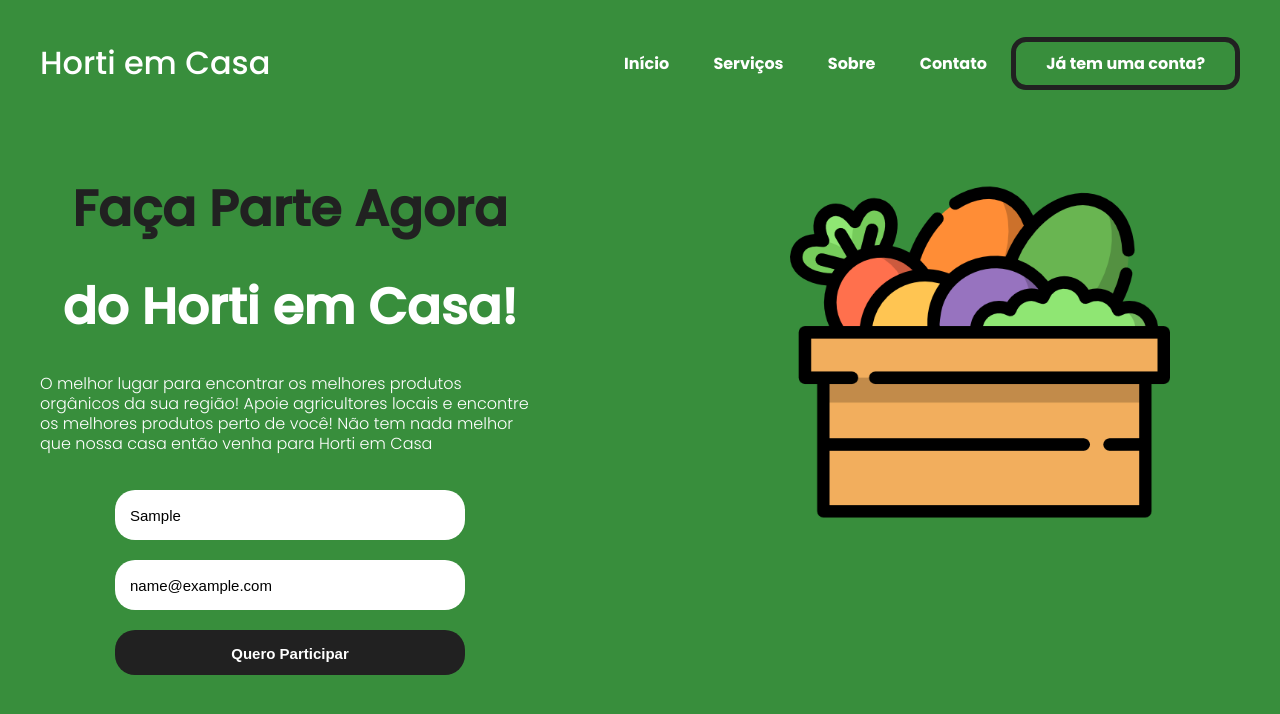
Repository: gabrielcastroo/horti-em-casa
Page: index.html
The author's editor kept a copy of each file at every save. The page is drawn from the files as they stood at one save, then again after the next save.
The browser window is 1280 px wide. The pictures show the whole page.
Empty fields were first filled with sample values (such as "Sample", 5 or name@example.com).
After loading, the first visible `#submit` was clicked once.

Above is the page before, as saved 2022-04-26 14:55:53.

### index.html
<!DOCTYPE html>
<html lang="pt-br">
<head>
    <meta charset="UTF-8">
    <meta http-equiv="X-UA-Compatible" content="IE=edge">
    <link href="styles/style.css" rel="stylesheet">
    <link href="styles/fonts.css" rel="stylesheet">
    <link href="/styles/media.css" rel="stylesheet">
    <title>Horti em Casa</title>
</head>
<body>
    <header>
        <div>
            <h1>
                Horti em Casa
            </h1>
        </div>

        <ul>
            <a href="#"><li>Início</li></a>
            <a href="#"><li>Serviços</li></a>
            <a href="#"><li>Sobre</li></a>
            <a href="#"><li>Contato</li></a>
            <a href="#" id="inscrever"><li>Já tem uma conta?</li></a>
        </ul>
    </header>

    <main>
        <aside>
            <h2>
                <span>
                    Faça Parte Agora
                </span>
            </h2>
            <h2>
                do Horti em Casa!
            </h2>
            <p>
                O melhor lugar para encontrar os melhores produtos orgânicos da sua região!
                Apoie agricultores locais e encontre os melhores produtos perto de você!
                Não tem nada melhor que nossa casa então venha para Horti em Casa
            </p>
            <form>
                <input type = "text" id = "name" placeholder = "Nome">
                <input type = "email" id = "email" placeholder = "E-mail">
                <input type = "submit" value = "Quero Participar" id="submit">
            </form>
        </aside>

        <article>
            <img src="components/images/legumes.png" alt = "legumes">
        </article>
    </main>
    <script src="js/script.js"></script>
</body>
</html>

### styles/style.css
body{
    /* background-color: rgba(#388E3C); */
    background-color: rgb(56, 142, 60);
    color: white;
    font-family: poppinsregular;
    max-Width: 1200px;
    margin: 0 auto;
    padding: 15px;
}

aside {
    display: flex;
    align-items: center;
    flex-direction: column;
}

header {
    display: flex; /* disposição dos elementos*/
    flex-direction: row;
    justify-content: space-between;
    align-items: center;

}

#title {
    flex-direction: column;
    line-height: 10px;

}

li{
    display: inline-block;
    margin: 20px;
}

a{
    color: white;
    font-family: poppinsbold;
}

a:hover {
    color: rgb(33, 33, 33);
    transition: 0.3s all;
}

#inscrever {
    border: 5px solid rgb(33, 33, 33);
    padding:10px;
    border-radius: 15px;
}

#inscrever:hover {
    background-color: rgb(33, 33, 33);
    color: white;
}

h1 {
    font-weight: 400;
    font-family: poppinsmedium;
}

h2{
    font-size: 50px;
    line-height: 15px;
    font-family: poppinsmedium;
}

main {
    display: flex; /* disposição dos elementos*/
    flex-direction: row;
    margin-top: 50px;
}

span{
    color: rgb(33, 33, 33)
}

p{
    line-height: 20px;
    max-width: 500px;
    font-family: poppinslight;
}

img {
    width: 380px;
    padding-left: 250px;
}

form {
    display: flex;
    flex-direction: column;
    width: 70%;
}

#submit {
    height: 20px;
    width: 100%;
    background-color: rgb(33,33,33);
    color: white;
    font-weight: bold;
    padding-bottom: 30px;
}

#submit:hover {
    cursor: pointer;
}

input {
    margin-top: 20px;
    height: 20px;
    padding: 15px;
    border-radius: 20px;
    border: none;
    font-size: 15px;
}

### styles/fonts.css
@font-face {
    font-family: 'poppinsblack';
    src: url('../components/fonts/poppins-black-webfont.woff2') format('woff2'),
         url('../components/fonts/poppins-black-webfont.woff') format('woff');
    font-weight: normal;
    font-style: normal;

  }




  @font-face {
    font-family: 'poppinsbold';
    src: url('../components/fonts/poppins-bold-webfont.woff2') format('woff2'),
         url('../components/fonts/poppins-bold-webfont.woff') format('woff');
    font-weight: normal;
    font-style: normal;

  }


  @font-face {
    font-family: 'poppinslight';
    src: url('../components/fonts/poppins-light-webfont.woff2') format('woff2'),
         url('../components/fonts/poppins-light-webfont.woff') format('woff');
    font-weight: normal;
    font-style: normal;

  }


  @font-face {
    font-family: 'poppinsmedium';
    src: url('../components/fonts/poppins-medium-webfont.woff2') format('woff2'),
         url('../components/fonts/poppins-medium-webfont.woff') format('woff');
    font-weight: normal;
    font-style: normal;

  }

  @font-face {
    font-family: 'poppinsregular';
    src: url('../components/fonts/poppins-regular-webfont.woff2') format('woff2'),
         url('../components/fonts/poppins-regular-webfont.woff') format('woff');
    font-weight: normal;
    font-style: normal;

  }

  @font-face {
    font-family: 'poppinssemibold';
    src: url('../components/fonts/poppins-semibold-webfont.woff2') format('woff2'),
         url('../components/fonts/poppins-semibold-webfont.woff') format('woff');
    font-weight: normal;
    font-style: normal;

  }

### styles/media.css
@media screen and (max-width: 1148px){

    a {
        font-size: 2.5em;
    }

    p {
        font-size: 1.1em;
    }

    header {
        flex-direction: column;
    }

    main {
        flex-direction: column;
    }

    h2 {
        font-size: 1.5em;
    }

    form {
        margin: 0 auto;

    }

    #submit {
        padding: 15px;
        font-size: 2em;
        width: 28rem;
        height: 2.2em;
    }

    input{
        align-self: center;
        font-size: 2em;
        height: 1.5em;
    }

    img{
        display: none;
    }

    ul {
        text-align: center;
    }
}

### js/script.js
var input = document.querySelector("#submit");


input.addEventListener("click", function(e) {

    e.preventDefault();
    const name = document.querySelector("#name").value;
    const email = document.querySelector("#email").value;

    console.log(name + " " + email)

})

After the next save:
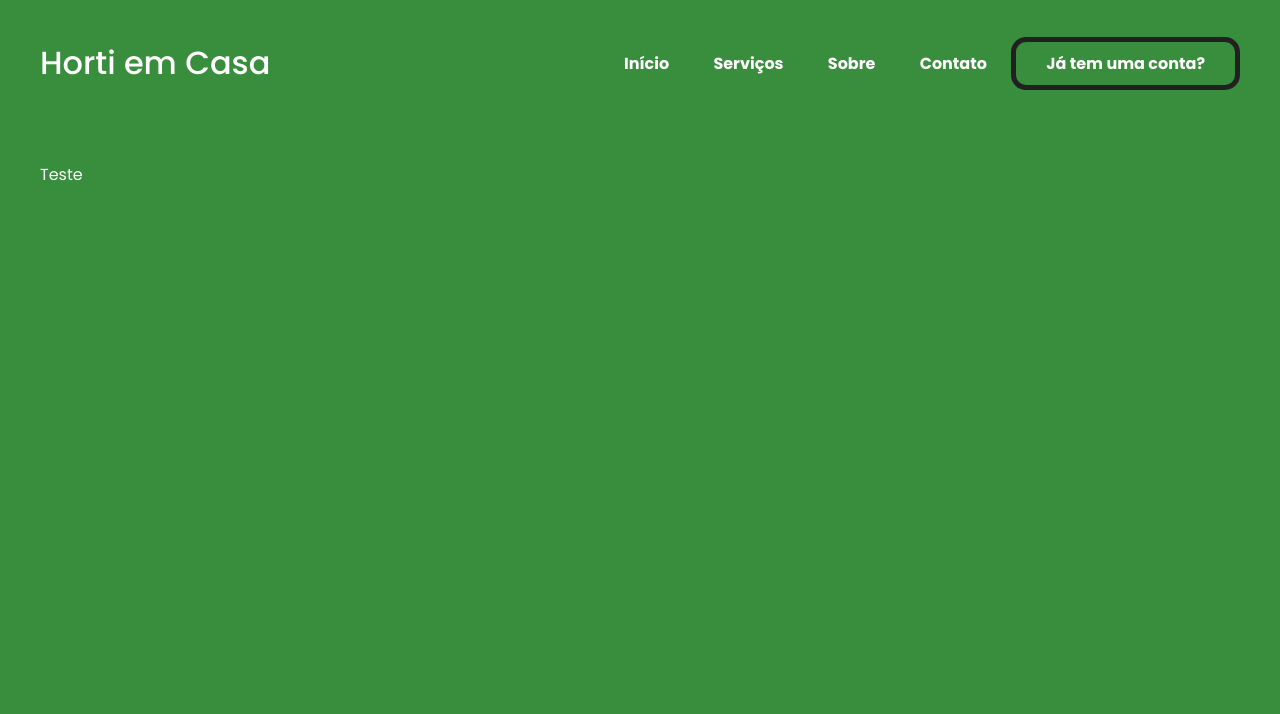
Saved 8 min 13 s later.
--- a/js/script.js
+++ b/js/script.js
@@ -6,7 +6,9 @@
     e.preventDefault();
     const name = document.querySelector("#name").value;
     const email = document.querySelector("#email").value;
+    const content = document.querySelector("main");
 
+    content.textContent = "Teste"
     console.log(name + " " + email)
 
 })
